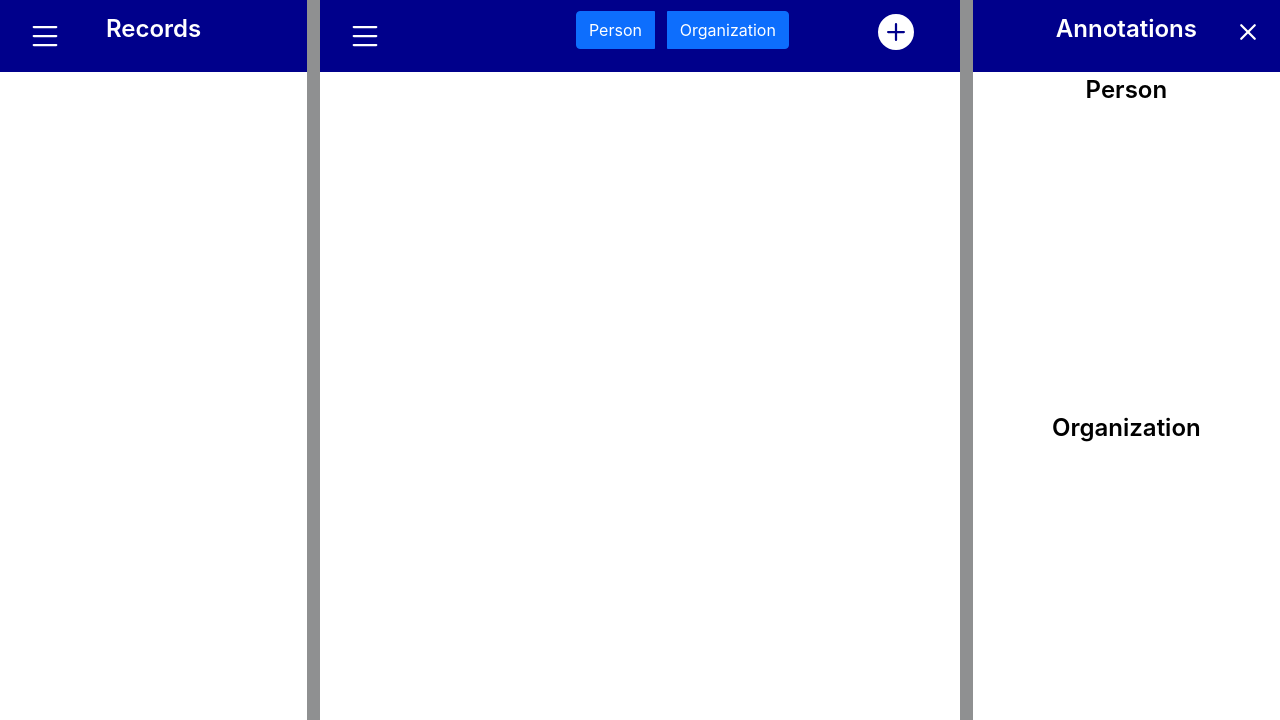
Repository: napan24/classforma_assignment
Page: / (app in client/)
The author's editor kept a copy of each file at every save. The page is drawn from the files as they stood at one save, then again after the next save.
The browser window is 1280 px wide. The pictures show the whole page.
The project was rebuilt for these pictures with package versions that can differ from the ones it lists, and the page was loaded fresh each time. Also part of the build but not shown: client/src/App.css.

Above is the page before, as saved 2022-07-20 17:45:55.

After the next save:
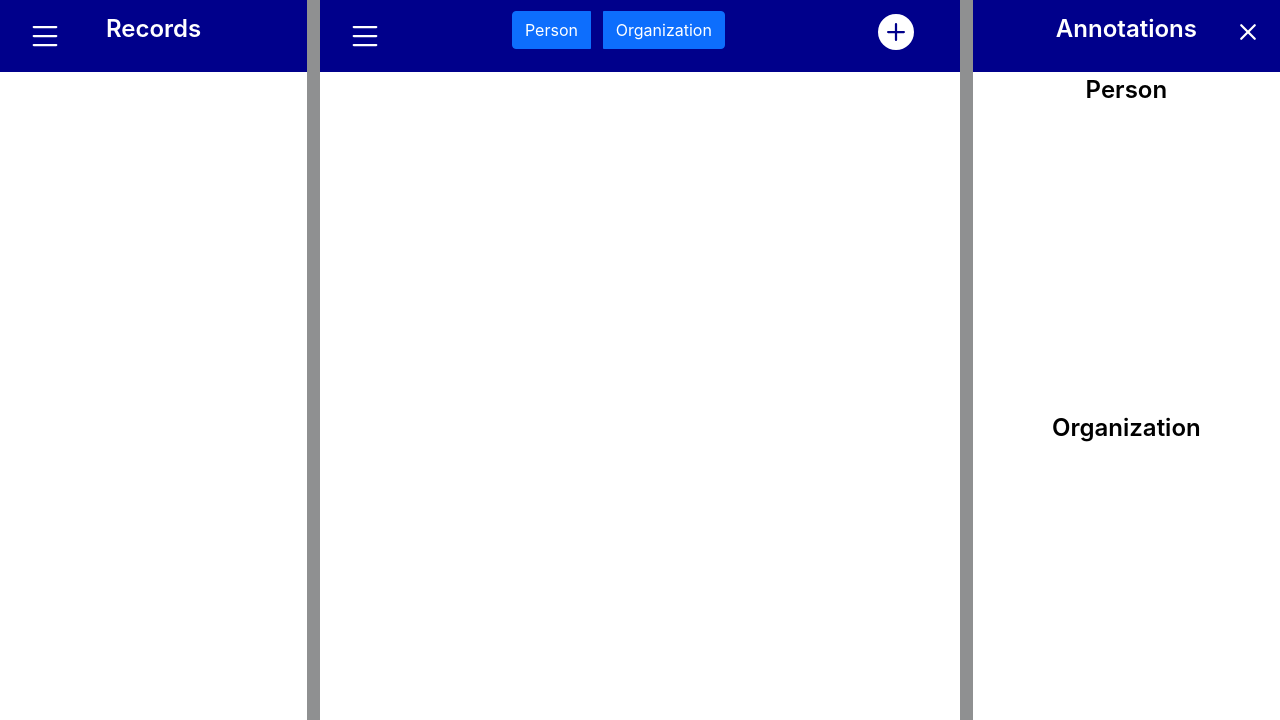
Saved 5 s later.
--- a/client/src/Home.js
+++ b/client/src/Home.js
@@ -101,7 +101,7 @@ const Home = () => {
                     <svg onClick={() => { showLeftComponent() }} style={{ width: "5vw", height: "5vh", position: 'absolute', left: "1vw", top: "2.5vh", color: 'white' }} xmlns="http://www.w3.org/2000/svg" fill="currentColor" class="bi bi-list" viewBox="0 0 16 16">
                         <path fill-rule="evenodd" d="M2.5 12a.5.5 0 0 1 .5-.5h10a.5.5 0 0 1 0 1H3a.5.5 0 0 1-.5-.5zm0-4a.5.5 0 0 1 .5-.5h10a.5.5 0 0 1 0 1H3a.5.5 0 0 1-.5-.5zm0-4a.5.5 0 0 1 .5-.5h10a.5.5 0 0 1 0 1H3a.5.5 0 0 1-.5-.5z" />
                     </svg>
-                        <div class="btn-group" style={{ marginTop: "1.5vh", marginLeft: "20vw" }}>
+                        <div class="btn-group" style={{ marginTop: "1.5vh", marginLeft: "15vw" }}>
                             <button type="button" class="btn btn-primary" style={{ marginRight: "1vw" }}>Person</button>
                             <button type="button" class="btn btn-primary">Organization</button>
                         </div>
